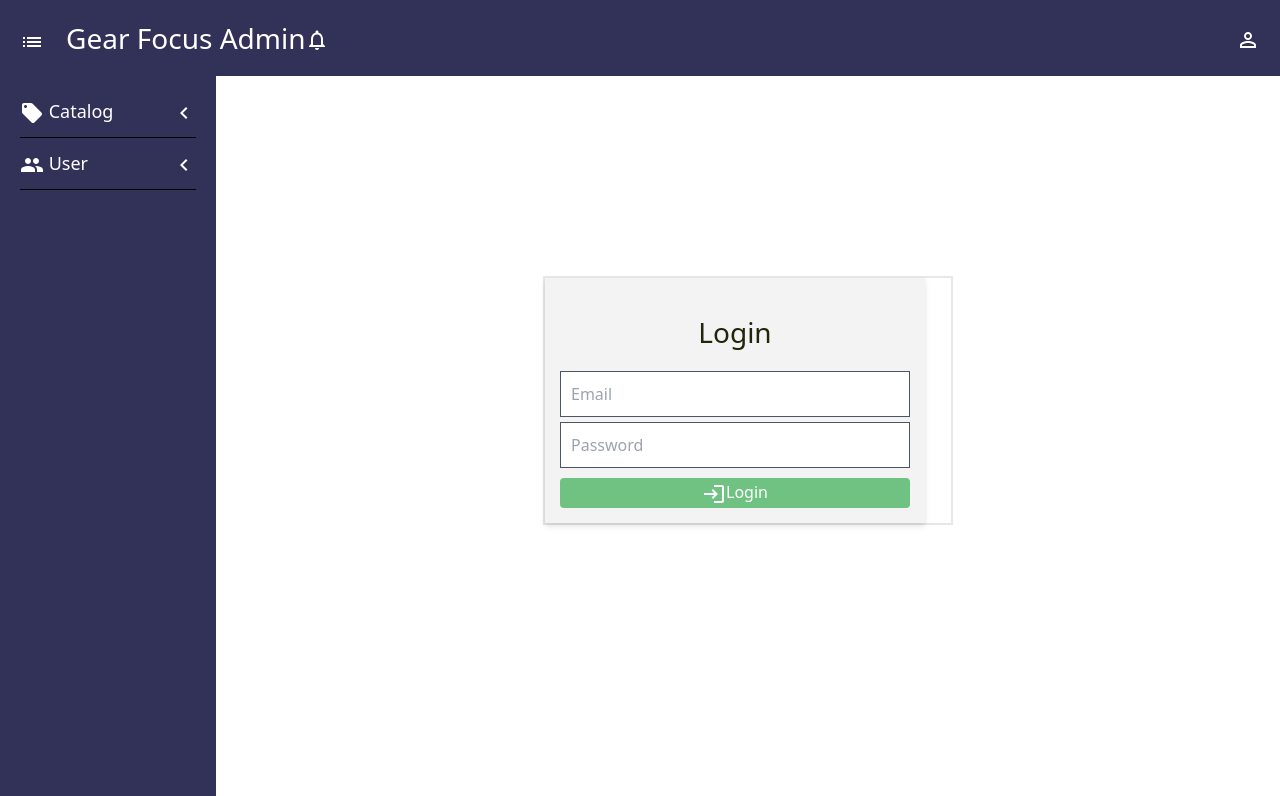
Repository: Kiendz3202/projectFinalPGS
Page: /home
These files come from the project's save history. The page is drawn as it stood at one moment and after a run of saves; the edit follows.
The browser window is 1280 px wide. The pictures show the whole page.
The project was rebuilt for these pictures with package versions that can differ from the ones it lists, and the page was loaded fresh each time. Also part of the build but not shown: src/App.css, src/pages/HomePage.tsx.

Above is the page before, as saved 2022-03-08 15:03:43.

After the next 4 saves:
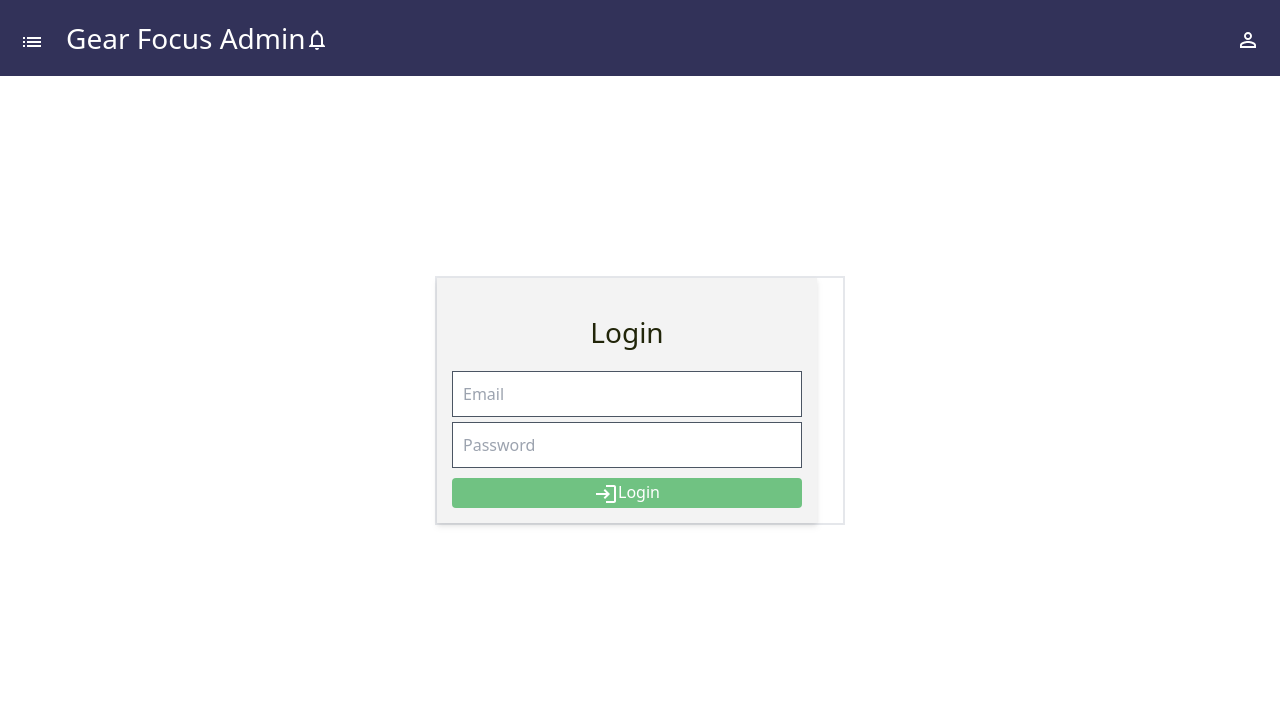
The 4 saves are shown as one change because 3 did not build or start.
The last was saved 5 min 46 s later.
--- a/src/App.tsx
+++ b/src/App.tsx
@@ -1,4 +1,4 @@
-import React, { Fragment } from 'react';
+import React, { Fragment, useEffect, useState } from 'react';
 import logo from './logo.svg';
 import './App.css';
 import LoginPage from './pages/LoginPage';
@@ -7,8 +7,12 @@ import Header from './components/header/Header';
 import Navbar from './components/navbar/Navbar';
 
 function App() {
-  const loginSuccess = sessionStorage.getItem('statusText')
-  console.log(loginSuccess)
+  let loginSuccess
+  if(sessionStorage.getItem('statusText') === 'OK'){
+      loginSuccess = true;
+  }else{
+    loginSuccess = false
+  }
   return (
     <Fragment>
     <Header />
